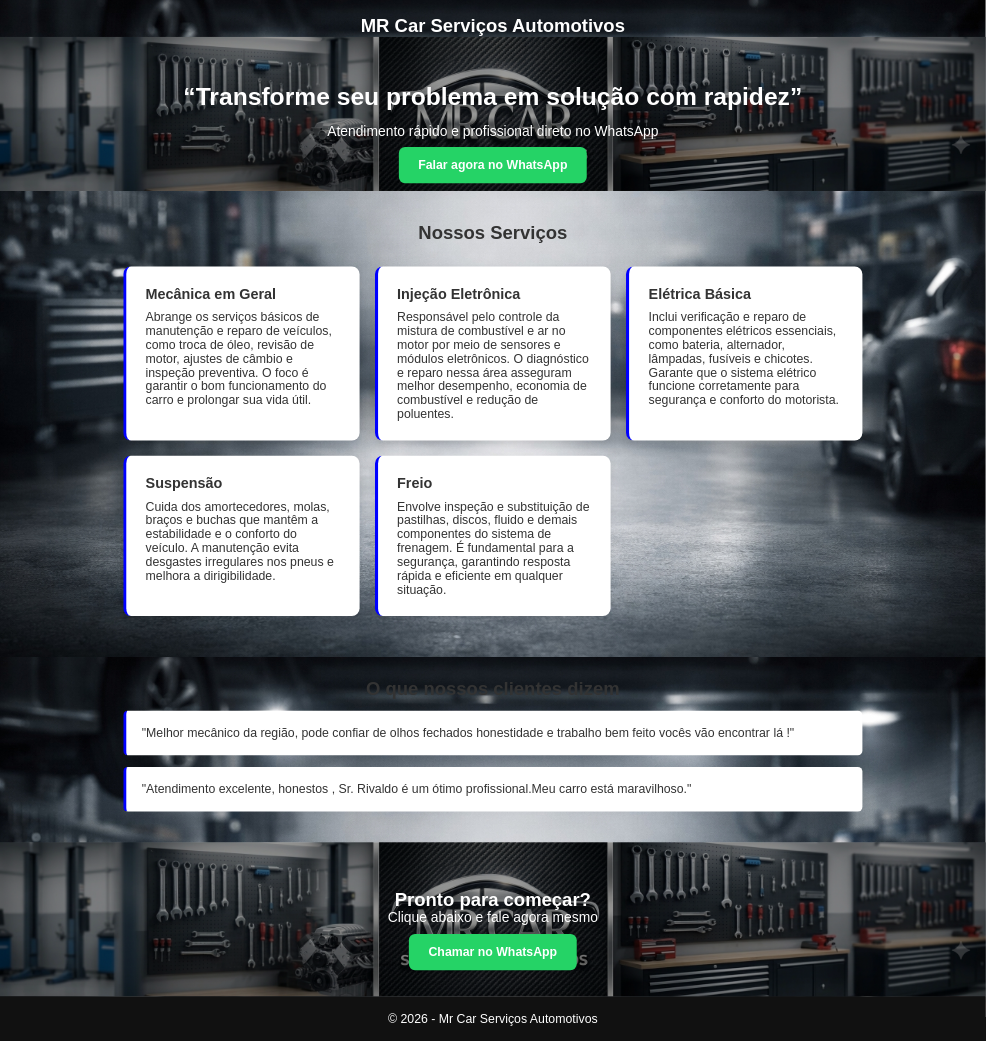
Repository: templaterj1991-Luiz/Main
Page: Template/index.html
These files come from the project's save history. The page is drawn as it stood at one moment and after the next save; the edit follows.
The browser window is 1280 px wide. The pictures show the whole page, at 77% of full size.
Backgrounds fixed to the window are drawn as part of the page.

Above is the page before, as saved 2026-06-06 13:56:32.

### Template/index.html
<!DOCTYPE html>
<html lang="pt-BR">

<head>
    <meta charset="UTF-8">
    <meta name="viewport" content="width=device-width, initial-scale=1.0">
    <title>Mr Car Serviços Automotivos</title>
    <style>
        * {
            margin: 0;
            padding: 0;
            box-sizing: border-box;
            font-family: 'Arial', sans-serif;
        }

        body {
            background-image: url(../Template/assests/image_17807634293247997762059382456069.jpeg);
            background-position: center center;
            background-repeat: no-repeat;
            background-size: cover;
            background-attachment: fixed;
            min-height: 100vh;
            color: #333;
        }

        header {
            background: transparent;
            color: #fff;
            padding: 20px 20px 0 20px;
            text-align: center;
        }

        .hero {
            padding: 60px 20px;
            height: 200px;
            text-align: center;
            background-image: url(../Template/assests/Gemini_Generated_Image_hhrxh3hhrxh3hhrx.png);
            background-position: center center;
            background-repeat: no-repeat;
            background-size: cover;
            color: white;
            box-shadow: inset 0 0 0 2000px rgba(0, 0, 0, 0.4);
        }

        .hero h1 {
            font-size: 32px;
            margin-bottom: 15px;
        }

        .hero p {
            font-size: 18px;
            margin-bottom: 25px;
        }

        .btn {
            background: #25D366;
            color: white;
            padding: 15px 25px;
            border-radius: 8px;
            text-decoration: none;
            font-weight: bold;
            transition: 0.3s;
        }

        .btn:hover {
            background: #1ebe5d;
        }

        .container {
            max-width: 1000px;
            margin: auto;
            padding: 40px 20px;
        }

        .grid {
            display: grid;
            grid-template-columns: repeat(auto-fit, minmax(250px, 1fr));
            gap: 20px;
        }

        .card {
            background: white;
            padding: 25px;
            border-radius: 10px;
            box-shadow: 0 4px 10px rgba(0, 0, 0, 0.08);
            border-left: 4px solid blue;
        }

        .card h3 {
            margin-bottom: 10px;
        }

        .testimonial {
            background: #fff;
            padding: 20px;
            border-left: 4px solid blue;
            margin-top: 15px;
            border-radius: 6px;
        }

        footer {
            text-align: center;
            padding: 20px;
            background: #111;
            color: white;

        }
    </style>
</head>

<body>
    <header>
        <h2>MR Car Serviços Automotivos</h2>
    </header>
    <section class="hero">
        <h1>“Transforme seu problema em solução com rapidez”</h1>
        <p>Atendimento rápido e profissional direto no WhatsApp</p> <a class="btn" href="https://wa.me/5521983543090"
            target="_blank"> Falar agora no WhatsApp </a>
    </section>
    <section class="container">
        <h2 style="text-align:center; margin-bottom:30px;">Nossos Serviços</h2>
        <div class="grid">
            <div class="card">
                <h3>Mecânica em Geral</h3>
                <p>Abrange os serviços básicos de manutenção e reparo de veículos, como troca de óleo, revisão de motor,
                    ajustes de câmbio e inspeção preventiva. O foco é garantir o bom funcionamento do carro e prolongar
                    sua vida útil.</p>
            </div>
            <div class="card">
                <h3>Injeção Eletrônica </h3>
                <p>Responsável pelo controle da mistura de combustível e ar no motor por meio de sensores e módulos
                    eletrônicos. O diagnóstico e reparo nessa área asseguram melhor desempenho, economia de combustível
                    e redução de poluentes.</p>
            </div>
            <div class="card">
                <h3>Elétrica Básica</h3>
                <p>Inclui verificação e reparo de componentes elétricos essenciais, como bateria, alternador, lâmpadas,
                    fusíveis e chicotes. Garante que o sistema elétrico funcione corretamente para segurança e conforto
                    do motorista.</p>
            </div>
            <div class="card">
                <h3>Suspensão</h3>
                <p>Cuida dos amortecedores, molas, braços e buchas que mantêm a estabilidade e o conforto do veículo. A
                    manutenção evita desgastes irregulares nos pneus e melhora a dirigibilidade.</p>
            </div>
            <div class="card">
                <h3>Freio</h3>
                <p>Envolve inspeção e substituição de pastilhas, discos, fluido e demais componentes do sistema de
                    frenagem. É fundamental para a segurança, garantindo resposta rápida e eficiente em qualquer
                    situação.</p>
            </div>
        </div>
    </section>
    <section class="container">
        <h2 style="text-align:center;">O que nossos clientes dizem</h2>
        <div class="testimonial"> "Melhor mecânico da região, pode confiar de olhos fechados honestidade e trabalho bem
            feito vocês vão encontrar lá !" </div>
        <div class="testimonial"> "Atendimento excelente, honestos , Sr. Rivaldo é um ótimo profissional.Meu carro está
            maravilhoso." </div>
    </section>
    <section class="hero">
        <h2>Pronto para começar?</h2>
        <p>Clique abaixo e fale agora mesmo</p> <a class="btn" href="https://wa.me/5521983543090" target="_blank">
            Chamar no
            WhatsApp </a>
    </section>
    <footer>
        <p>© 2026 - Mr Car Serviços Automotivos</p>
    </footer>
</body>

</html>

After the next save:
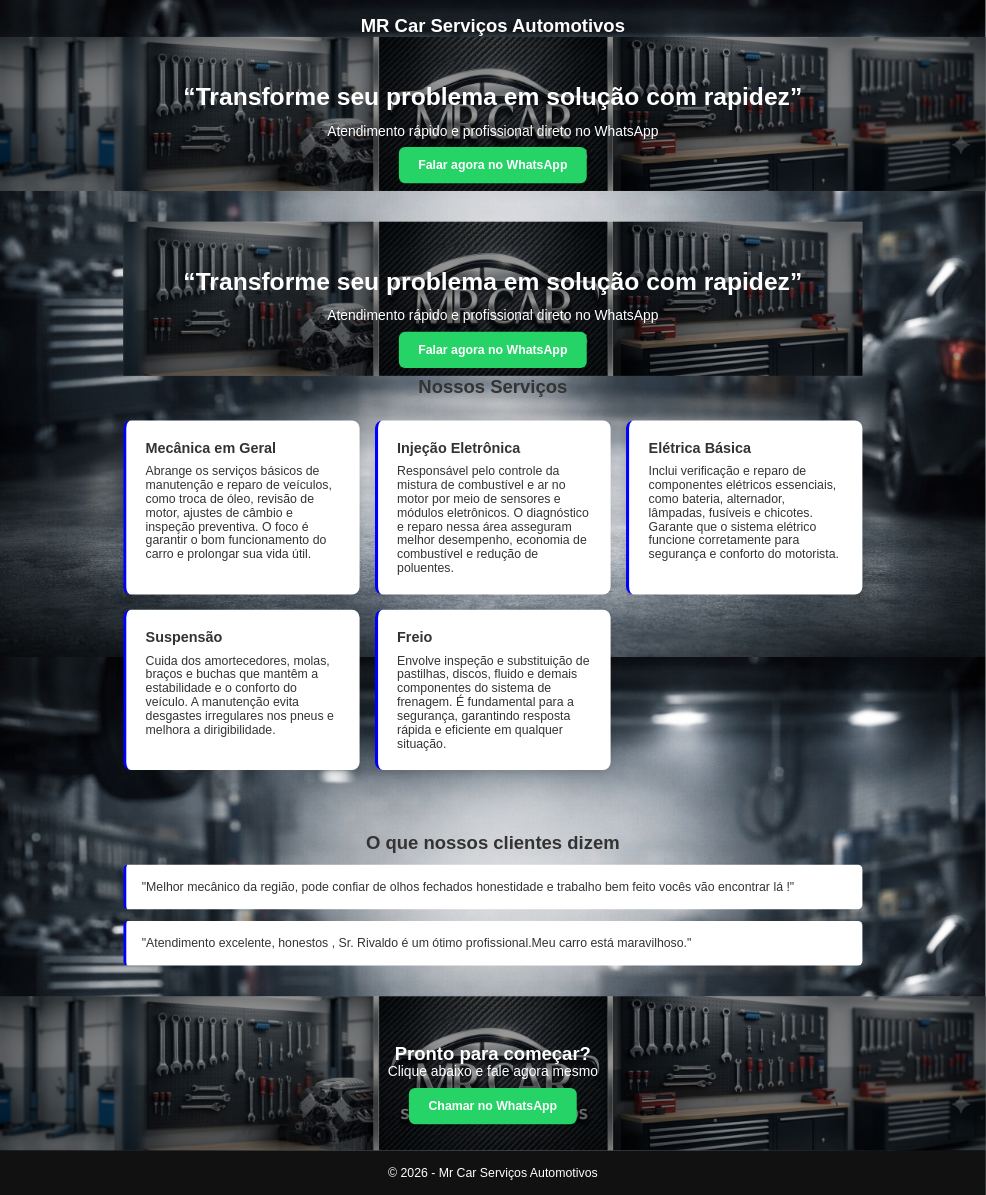
Saved 27 s later.
--- a/Template/index.html
+++ b/Template/index.html
@@ -118,6 +118,11 @@
             target="_blank"> Falar agora no WhatsApp </a>
     </section>
     <section class="container">
+        <section class="hero">
+        <h1>“Transforme seu problema em solução com rapidez”</h1>
+        <p>Atendimento rápido e profissional direto no WhatsApp</p> <a class="btn" href="https://wa.me/5521983543090"
+            target="_blank"> Falar agora no WhatsApp </a>
+    </section>
         <h2 style="text-align:center; margin-bottom:30px;">Nossos Serviços</h2>
         <div class="grid">
             <div class="card">
